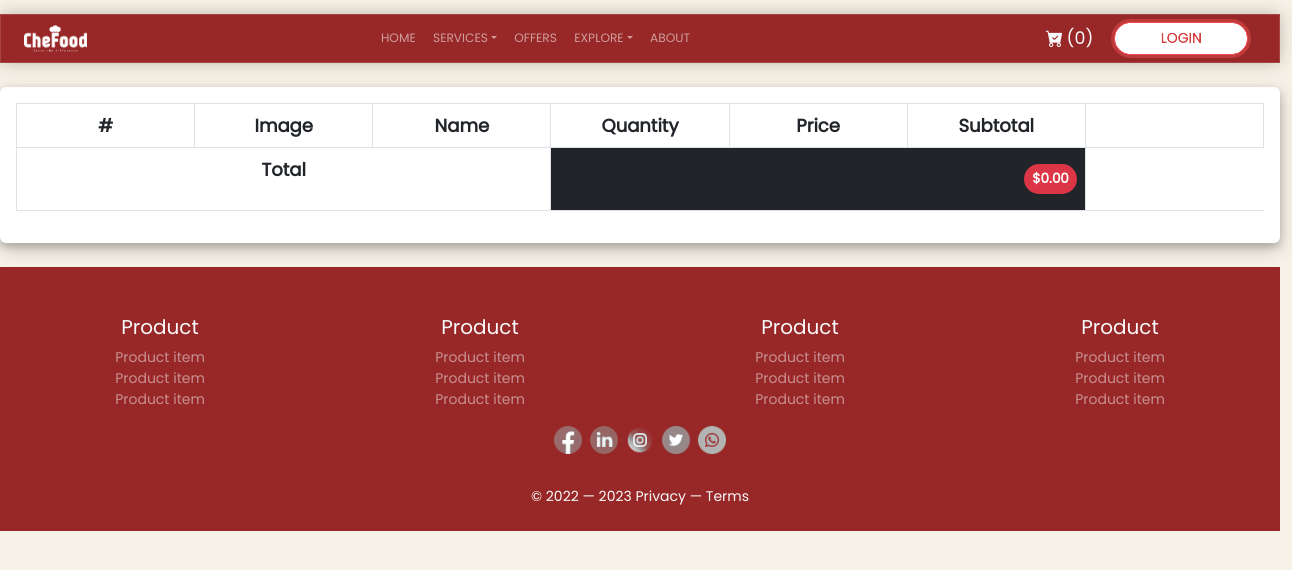
Repository: qamchamine/chefood
Page: /cart (app in front-end/)
An editor plug-in stored every save of this project. The page is shown before and after the next save, followed by the edit.
The browser window is 1280 px wide. The page is 1292 px wide, so the pictures cover 1292 px, including what lies to the right of the window. The pictures show the whole page.
The project was rebuilt for these pictures with package versions that can differ from the ones it lists, and the page was loaded fresh each time. Some packages were replaced by stand-ins written for this rebuild. Also part of the build but not shown: front-end/src/css/products.css, front-end/src/components/small_components/ProductCard.jsx, front-end/src/components/small_components/AddProduct.jsx, front-end/src/components/pages/sub-pages/Products.jsx, front-end/src/components/small_components/ButtonMain.jsx, front-end/src/components/small_components/HomeCard.jsx, front-end/src/components/small_components/HomeCardFullSection.jsx, front-end/src/components/pages/Home.jsx and 34 more. Imported but missing from the stored project, and not drawn on this page: front-end/src/sounds/applause.mp3, front-end/src/sounds/wheel.mp3.

Above is the page before, as saved 2023-06-25 19:53:55.

After the next save:
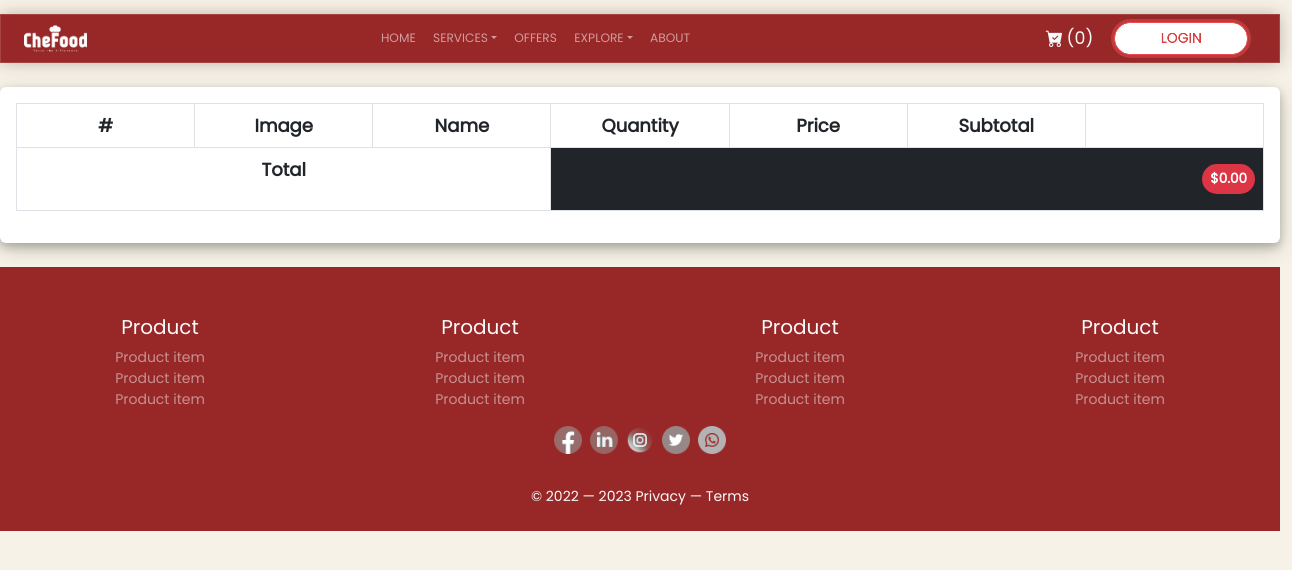
Saved 36 s later.
--- a/front-end/src/components/small_components/shopping/Cart.jsx
+++ b/front-end/src/components/small_components/shopping/Cart.jsx
@@ -69,7 +69,7 @@ export default function Cart() {
                                 <th colSpan={3} className="text-center">
                                     Total
                                 </th>
-                                <th colSpan={3} className=" bg-dark  py-3">
+                                <th colSpan={4} className=" bg-dark  py-3">
                                     <span className="badge bg-danger float-end p-2 text-end rounded-pill ">
                                         $
                                         {
